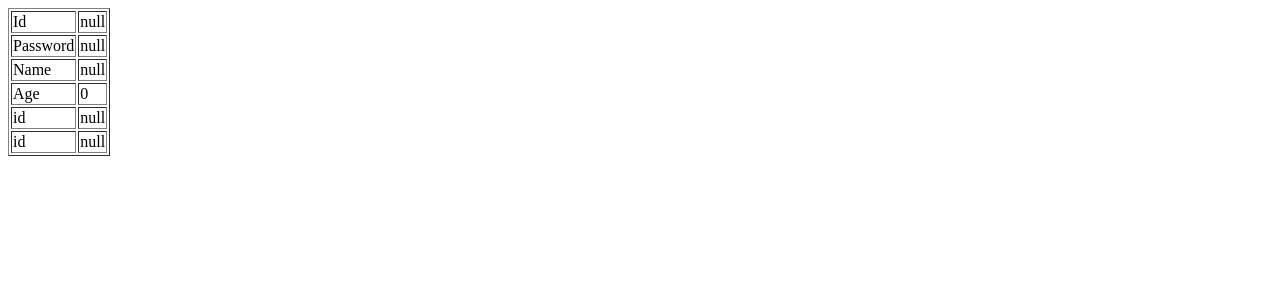
Repository: khy4701/JavaServerPage-Servlet
Page: http://localhost/05.JDBCProject/view.jsp
An editor plug-in stored every save of this project. The page is shown before and after the next save, followed by the edit.
The browser window is 1280 px wide. The pictures show the whole page.
The page is served by Tomcat 9. Other server files are loaded and not shown. Queries for data that is not in the repository find no rows.

Above is the page before, as saved 2016-07-21 06:45:51.

### 05.JDBCProject/WebContent/view.jsp
<%@page import="exam.dao.MemberVO"%>
<%@page import="exam.dao.MemberDAO"%>
<%@ page language="java" contentType="text/html; charset=UTF-8"
    pageEncoding="UTF-8"%>
<!DOCTYPE html>
<html>
<head>
<meta charset="UTF-8">
<title>Insert title here</title>
</head>
<body>
<%
	String id = request.getParameter("id");

	MemberDAO dao = new MemberDAO();
	MemberVO member = dao.selectInfo(id);
%>
    <table border ="1">
    	<tr><td> Id</td> <td> <%=member.getId() %>  </td></tr>
    	<tr><td> Password</td> <td> <%=member.getPw() %>  </td></tr>
    	<tr><td> Name</td> <td> <%=member.getUserName() %>  </td></tr>
    	<tr><td> Age</td> <td> <%=member.getAge() %>  </td></tr>
    	<tr><td> id</td> <td> <%=member.getId() %>  </td></tr>
    	<tr><td> id</td> <td> <%=member.getId() %>  </td></tr>



    </table>

</body>
</html>

### 05.JDBCProject/src/exam/dao/MemberDAO.java
package exam.dao;

import java.sql.Connection;
import java.sql.DriverManager;
import java.sql.PreparedStatement;
import java.sql.ResultSet;
import java.sql.SQLException;
import java.util.ArrayList;

public class MemberDAO {

	Connection con = null;
	ResultSet rs = null;
	PreparedStatement psmt = null;

	public MemberDAO()
	{
		try {
			//1. JDBC 드라이버 로드
			Class.forName("oracle.jdbc.driver.OracleDriver");

			//2. JDBC 연결
			con = DriverManager.getConnection("jdbc:oracle:thin:@localhost:1521:xe","hr","hr");
		} catch (ClassNotFoundException e) {
			// TODO Auto-generated catch block
			e.printStackTrace();
		} catch (SQLException e) {
			// TODO Auto-generated catch block
			e.printStackTrace();
		}
	}

	// 회원가입
	public int insertMember(MemberVO vo){
		System.out.println("MemberDAO - insertMember()");

		// 마지막 날짜는 Default로 정의한 값으로 넣어줌
		String sql = "insert into member values(?,?,?,?,?,?,default)";
		int result = 0;
		PreparedStatement psmt;
		try {
			psmt = con.prepareStatement(sql);

			psmt.setString(1, vo.getId());
			psmt.setString(2, vo.getPw());
			psmt.setString(3, vo.getUserName());
			psmt.setInt(4, vo.getAge());
			psmt.setString(5, vo.getAddress());
			psmt.setString(6, vo.getPhoneNum());

			result = psmt.executeUpdate();

		} catch (SQLException e) {
			// TODO Auto-generated catch block
			e.printStackTrace();
		}
		return result;
	}

	// 중복확인

	// 리스트
	public ArrayList<MemberVO> selectAll()
	{
		String sql = "select * from member order by id";
		PreparedStatement psmt;

		ArrayList<MemberVO> arrayList = new ArrayList<MemberVO>();
		try {
			psmt = con.prepareStatement(sql);
			rs = psmt.executeQuery();

			while(rs.next())
			{
				//String id, String pw, String userName, int age, String phoneNum, String address
				MemberVO member = new MemberVO();

				member.setId(rs.getString("id"));
				member.setPw(rs.getString("pwd"));
				member.setAge(rs.getInt("age"));
				member.setUserName(rs.getString("name"));
				member.setAddress(rs.getString("addr"));
				member.setPhoneNum(rs.getString("tel"));
				member.setRegDate(rs.getDate("reg_date"));

				arrayList.add(member);
			}
		} catch (SQLException e) {
			// TODO Auto-generated catch block
			e.printStackTrace();
		}

		return arrayList;
	}

	// 로그인

	// 자원 반납
	public void close() {
		try {
			if (rs != null)
				rs.close();

			if( psmt != null )
				psmt.close();

			if( con != null )
				con.close();
		} catch (SQLException e) {
			// TODO Auto-generated catch block
			e.printStackTrace();
		}
	}

	public MemberVO selectInfo(String id)
	{
		String sql = "select * from member where id = ?";
		PreparedStatement psmt;
		MemberVO member = new MemberVO();

		try {
			psmt = con.prepareStatement(sql);
			psmt.setString(1, id);
			rs = psmt.executeQuery();

			if( rs.next())
			{
				member.setId(rs.getString("id"));
				member.setPw(rs.getString("pwd"));
				member.setAge(rs.getInt("age"));
				member.setUserName(rs.getString("name"));
				member.setAddress(rs.getString("addr"));
				member.setPhoneNum(rs.getString("tel"));
				member.setRegDate(rs.getDate("reg_date"));
			}
		} catch (SQLException e) {
			// TODO Auto-generated catch block
			e.printStackTrace();
		}

		return member;
	}

}

### 05.JDBCProject/src/exam/dao/MemberVO.java
package exam.dao;

import java.sql.Date;

public class MemberVO {
	private String id ;
	private String pw;
	private String userName;
	private int age;
	private String phoneNum ;
	private String address;


	private Date regDate;

	public MemberVO()
	{

	}

	public MemberVO(String id, String pw, String userName, int age, String phoneNum, String address) {
		super();
		this.id = id;
		this.pw = pw;
		this.userName = userName;
		this.age = age;
		this.phoneNum = phoneNum;
		this.address = address;
	}

	public String getId() {
		return id;
	}

	public void setId(String id) {
		this.id = id;
	}

	public String getPw() {
		return pw;
	}

	public void setPw(String pw) {
		this.pw = pw;
	}

	public String getUserName() {
		return userName;
	}

	public void setUserName(String userName) {
		this.userName = userName;
	}

	public int getAge() {
		return age;
	}

	public void setAge(int age) {
		this.age = age;
	}

	public String getPhoneNum() {
		return phoneNum;
	}

	public void setPhoneNum(String phoneNum) {
		this.phoneNum = phoneNum;
	}

	public String getAddress() {
		return address;
	}

	public void setAddress(String address) {
		this.address = address;
	}

	public Date getRegDate() {
		return regDate;
	}

	public void setRegDate(Date regDate) {
		this.regDate = regDate;
	}
}

After the next save:
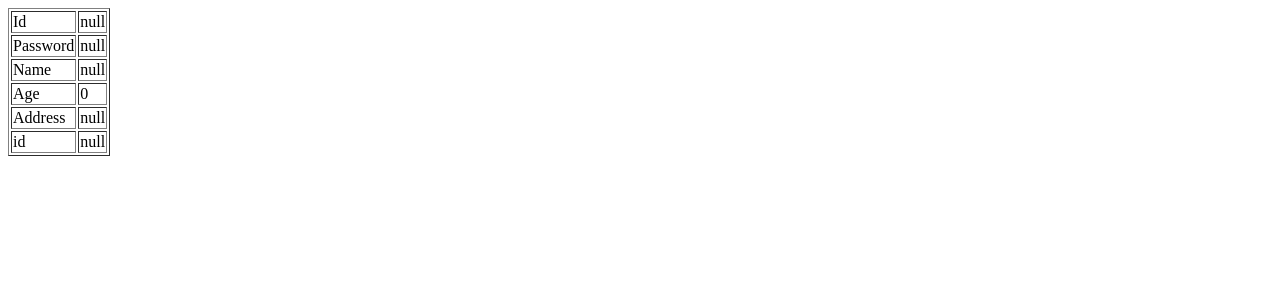
Saved 16 s later.
--- a/05.JDBCProject/WebContent/view.jsp
+++ b/05.JDBCProject/WebContent/view.jsp
@@ -20,7 +20,7 @@
     	<tr><td> Password</td> <td> <%=member.getPw() %>  </td></tr>
     	<tr><td> Name</td> <td> <%=member.getUserName() %>  </td></tr>
     	<tr><td> Age</td> <td> <%=member.getAge() %>  </td></tr>
-    	<tr><td> id</td> <td> <%=member.getId() %>  </td></tr>
+    	<tr><td> Address</td> <td> <%=member.getAddress() %>  </td></tr>
     	<tr><td> id</td> <td> <%=member.getId() %>  </td></tr>
 
 
